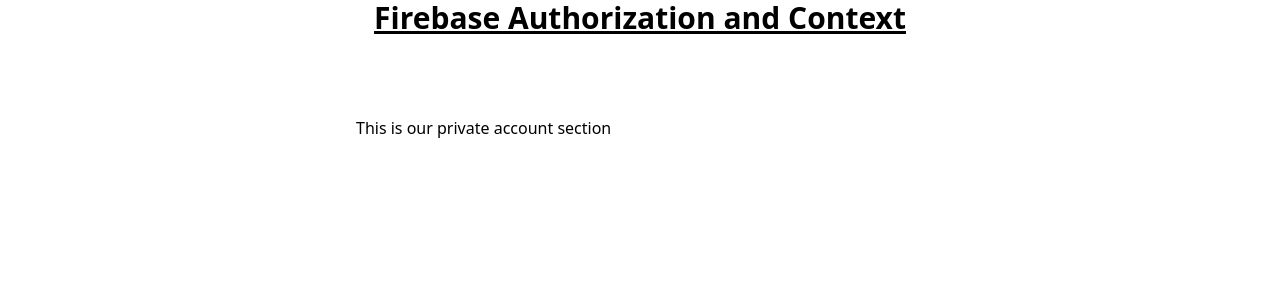
Repository: mottad14/practice_google_firebase
Page: /account
An editor plug-in stored every save of this project. The page is shown before and after the next save, followed by the edit.
The browser window is 1280 px wide. The pictures show the whole page.
The project was rebuilt for these pictures with package versions that can differ from the ones it lists, and the page was loaded fresh each time. Also part of the build but not shown: src/components/Signin.jsx, src/components/Signup.jsx.

Above is the page before, as saved 2022-07-27 09:35:26.

### src/index.js
import React from 'react';
import ReactDOM from 'react-dom/client';
import './index.css';
import App from './App';
import {BrowserRouter} from "react-router-dom"

const root = ReactDOM.createRoot(document.getElementById('root'))
root.render(
  <BrowserRouter>
    <App/>
  </BrowserRouter>);

### src/App.js
import React from "react";
import Signin from "./components/Signin";
import Signup from "./components/Signup";
import Account from "./components/Account"
import { Route, Routes } from "react-router-dom";

function App() {
  return (
    <div className="App">
          <h1 className="text-3xl text-center font-bold underline">
            Firebase Authorization and Context
            </h1>
            <Routes>
              <Route path="/" element={<Signin/>}  />
              <Route path="/signup" element={<Signup/>}  />
              <Route path="/account" element={<Account/>}  />
            </Routes>
    </div>
  );
}

export default App;

### src/components/Account.jsx
import React from 'react'

const Account = () => {
  return (
    <div className='max-w-[600px] mx-auto my-16 p-4'>
      <h1>This is our private account section</h1>

      </div>
  )
}

export default Account

### tailwind.config.js
/** @type {import('tailwindcss').Config} */
module.exports = {
  content: [
    "./src/**/*.{js,jsx,ts,tsx}",
],
  theme: {
    extend: {},
  },
  plugins: [],
}

Loaded but not shown: public/index.html (common file); src/index.css (common file)

After the next save:
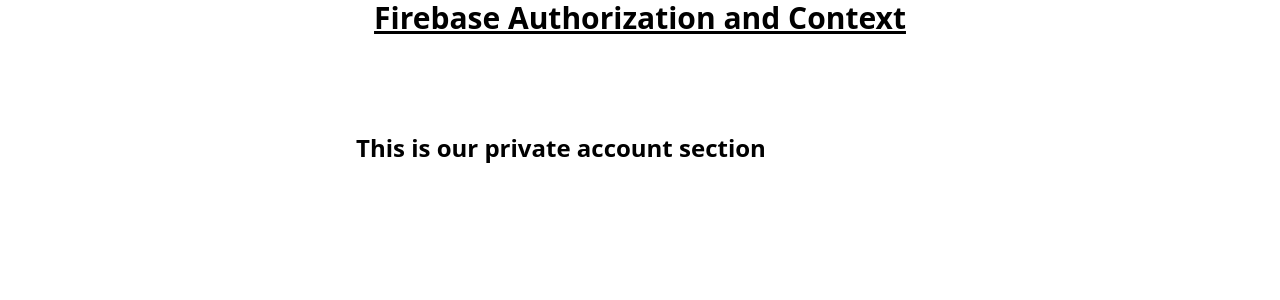
Saved 16 s later.
--- a/src/components/Account.jsx
+++ b/src/components/Account.jsx
@@ -3,7 +3,7 @@
 const Account = () => {
   return (
     <div className='max-w-[600px] mx-auto my-16 p-4'>
-      <h1>This is our private account section</h1>
+      <h1 className='text-2xl font-bold py-4'>This is our private account section</h1>
 
       </div>
   )
